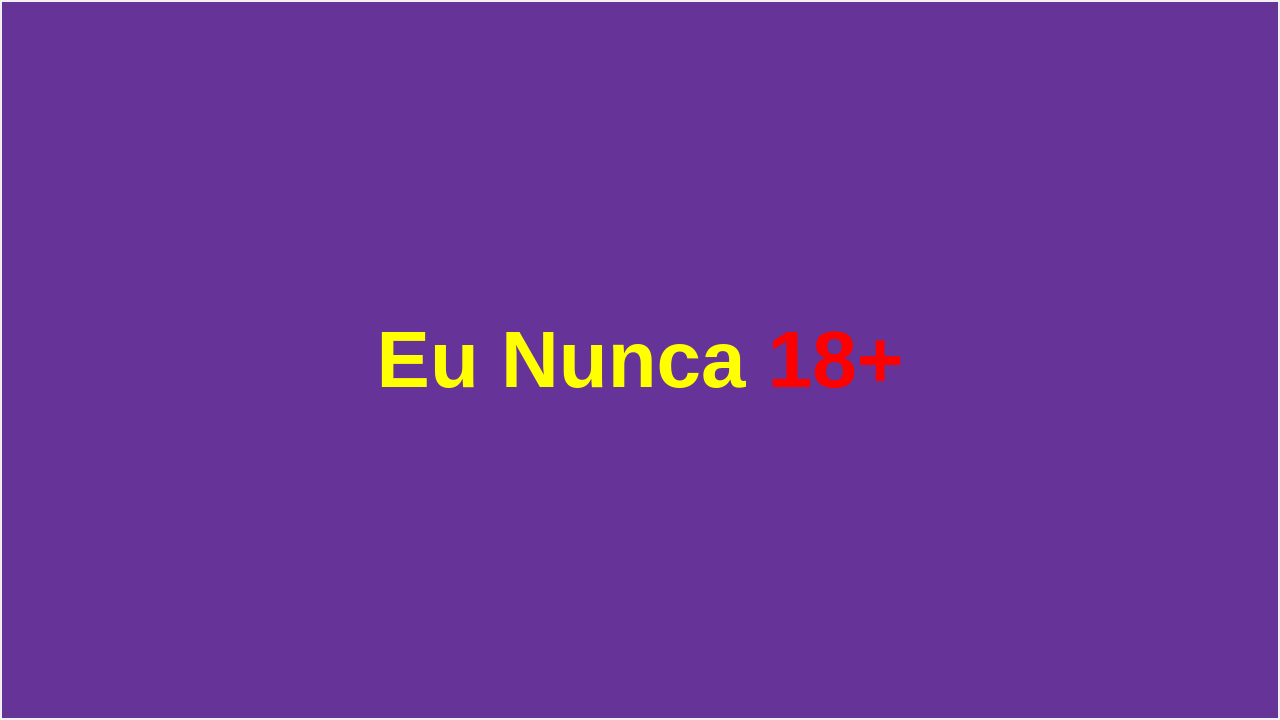
Repository: odiloalmeida/inever
Page: index.html
The author's editor kept a copy of each file at every save. The page is drawn from the files as they stood at one save, then again after the next save.
The browser window is 1280 px wide. The pictures show the whole page.

Above is the page before, as saved 2023-01-31 20:13:53.

### index.html
<!DOCTYPE html>
<html lang="en">
<head>
    <meta charset="UTF-8">
    <meta http-equiv="X-UA-Compatible" content="IE=edge">
    <meta name="viewport" content="width=device-width, initial-scale=1.0">
    <link rel="stylesheet" href="./style.css">
    <title>18+ I Never</title>

</head>

<body>
    <button id="myButton" onclick="changeButtonName()"><span2>Eu Nunca </span2> <span>18+</span></button>
</body>

<script>

    function changeButtonName() {
        var button = document.getElementById("myButton");

        var names = ["Beijei alguém dessa turma",
        "Senti atração por alguém dessa turma",
        "Tomei banho pelado na praia/piscina",
        "Fiquei com um professor",
        "Fiquei com um amigo e me arrependi",
        "Fiquei com um amigo e não disse pra ninguém",
        "Menti sobre ter ficado com uma pessoa",
        "Bebi tanto que beijei alguém que não queria",
        "Bebi tanto que esqueci tudo no outro dia",
        "Vi um nudes de alguém dessa turma",
        "Desejei o namorado/namorada de um amigo",
        "Fiquei com alguém por interesse",
        "Acelerei o ato sexual por que o oral estava ruim",
        "Bebi pra ter coragem de chegar numa pessoa",
        "Transei na escola/faculdade",
        "Transei no chão",
        "Fiz sexo oral enquanto a pessoa trabalhava",
        "Fiz sexo oral enquanto a pessoa dirigia",
        "Usei fantasias sexuais",
        "Usei plug anal",
        "Usei um vibrador",
        "Fiquei com alguém depois neguei pra todo mundo",
        "Disse pra uma pessoa que a amava sem amar",
        "Transei no carro",
        "Broxei no meio do ato sexual",
        "Desisti de ficar com uma pessoa por que ela estava fedendo",
        "Fui chupar e estava fedendo muito e desisti"

        ];

        var randomName = names[Math.floor(Math.random() * names.length)];
        button.innerHTML = randomName;
    }

</script>

</html>

### style.css
* {
    padding: 0;
    margin: 0;
    box-sizing: border-box;
}

body {
    width: 100vw;
    height: 100vh;
    background-color:rebeccapurple;
    display: flex;
    flex-direction: column;
    align-items: center;
    justify-content: center;
}

button {
    background-color: transparent;
    height: 100vh;
    width: 100vw;
    border: #f1f1f1 2px solid;
    color: #f1f1f1;
    font-weight: bold;
    font-size: 3rem;
    padding: 5px;
}

button span {
    color: red;
    font-size: 5rem;
}

button span2 {
    color: yellow;
    font-size: 5rem;
}

After the next save:
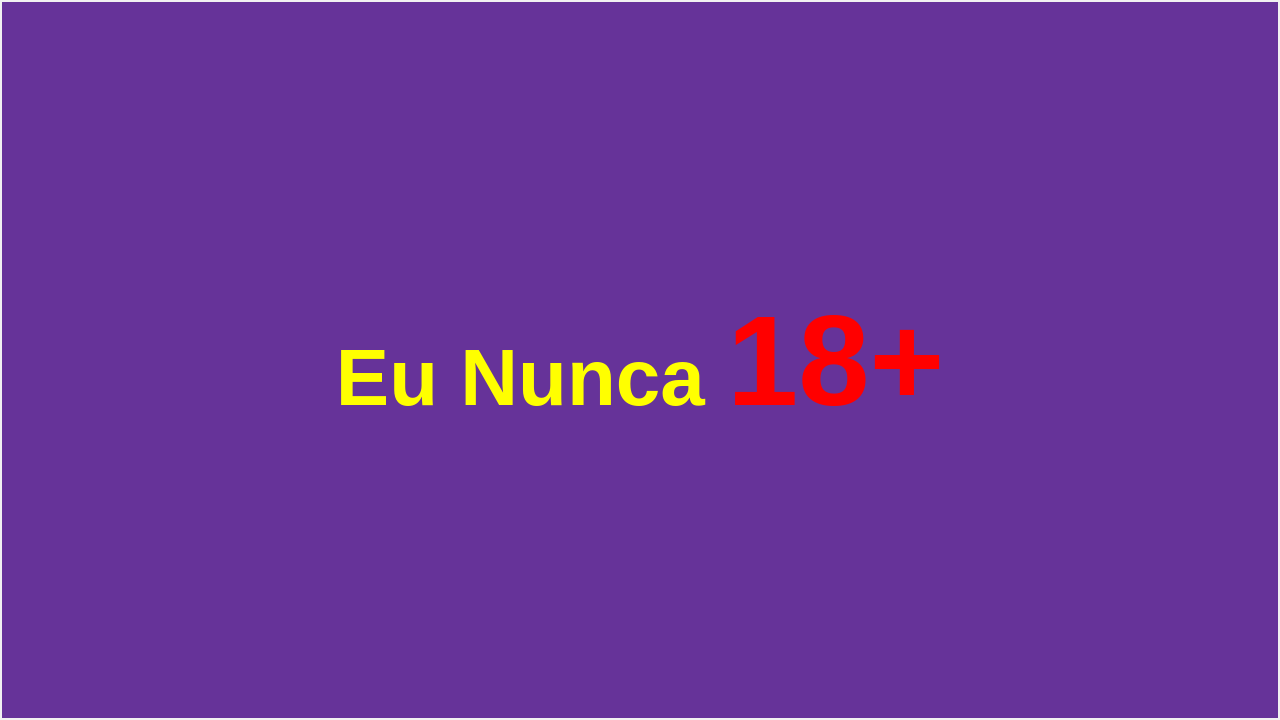
Saved 4 s later.
--- a/style.css
+++ b/style.css
@@ -27,7 +27,7 @@ button {
 
 button span {
     color: red;
-    font-size: 5rem;
+    font-size: 8rem;
 }
 
 button span2 {
